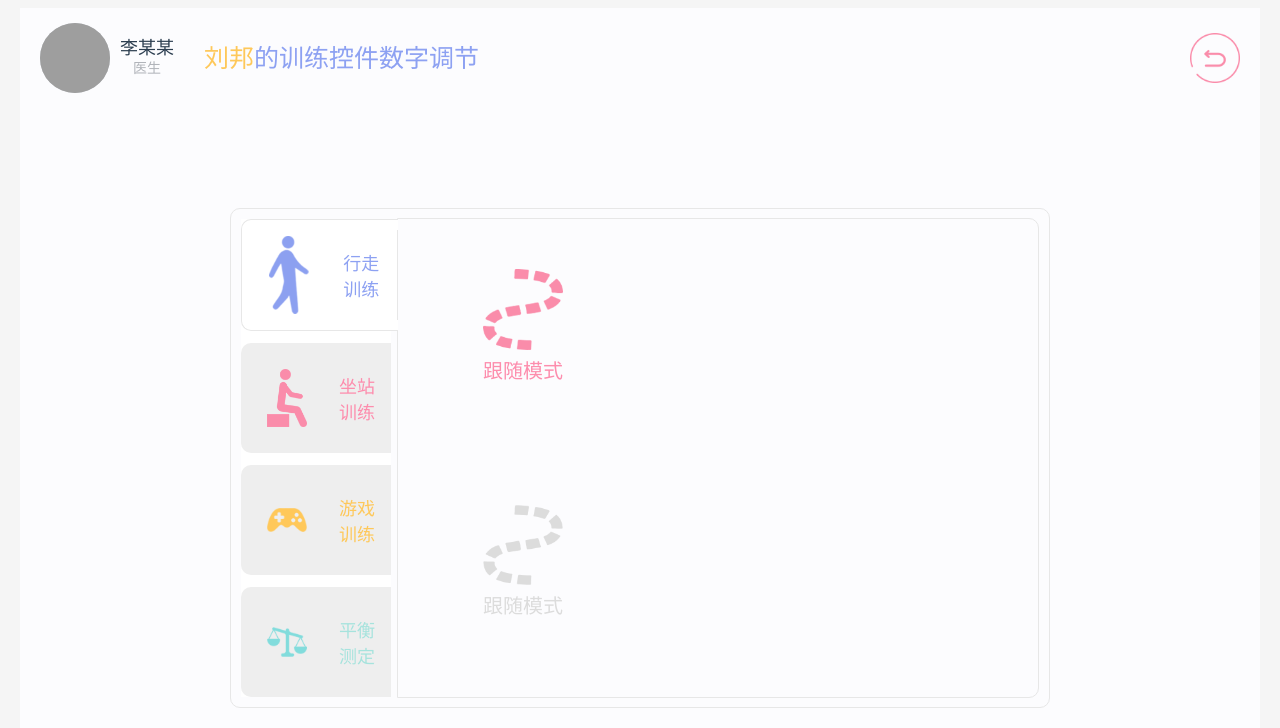
Repository: wangdanqing90/electron-vue-doctor
Page: /#/trainingAdjust
An editor plug-in stored every save of this project. The page is shown before and after the next save, followed by the edit.
The browser window is 1280 px wide. The pictures show the whole page.
Pictures or frames that could not be fetched are drawn as grey boxes. The project was rebuilt for these pictures with package versions that can differ from the ones it lists, and the page was loaded fresh each time. Also part of the build but not shown: vue.config.js, src/views/Home.vue, src/assets/styles/variable.scss, src/assets/styles/iconfont.css.

Above is the page before, as saved 2020-01-15 11:00:19.

After the next save:
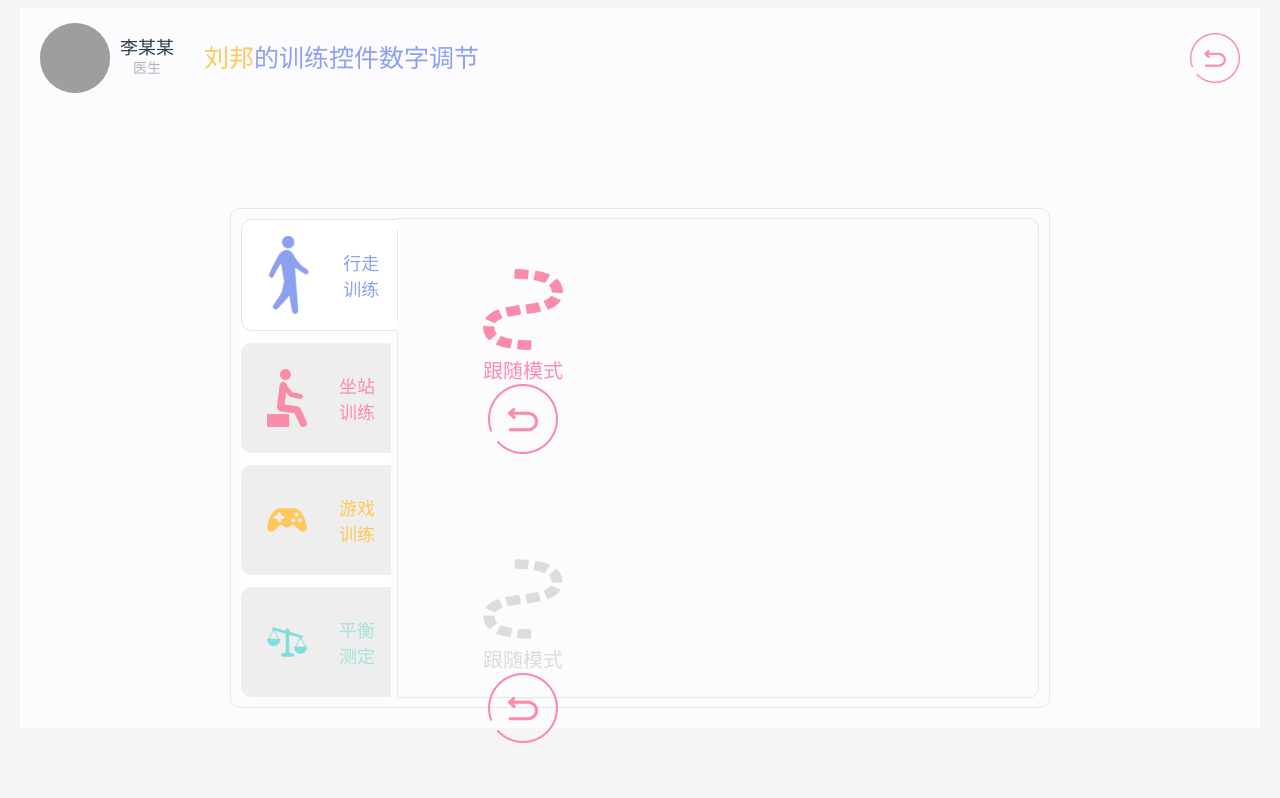
Saved 23 s later.
--- a/src/components/Adjust/Adjust.vue
+++ b/src/components/Adjust/Adjust.vue
@@ -3,7 +3,7 @@
   <el-row>
     <el-col :span="24" class="adjust">
       <div class>
-        <img />
+        <img src="@/../images/back.png" />
       </div>
     </el-col>
   </el-row>
